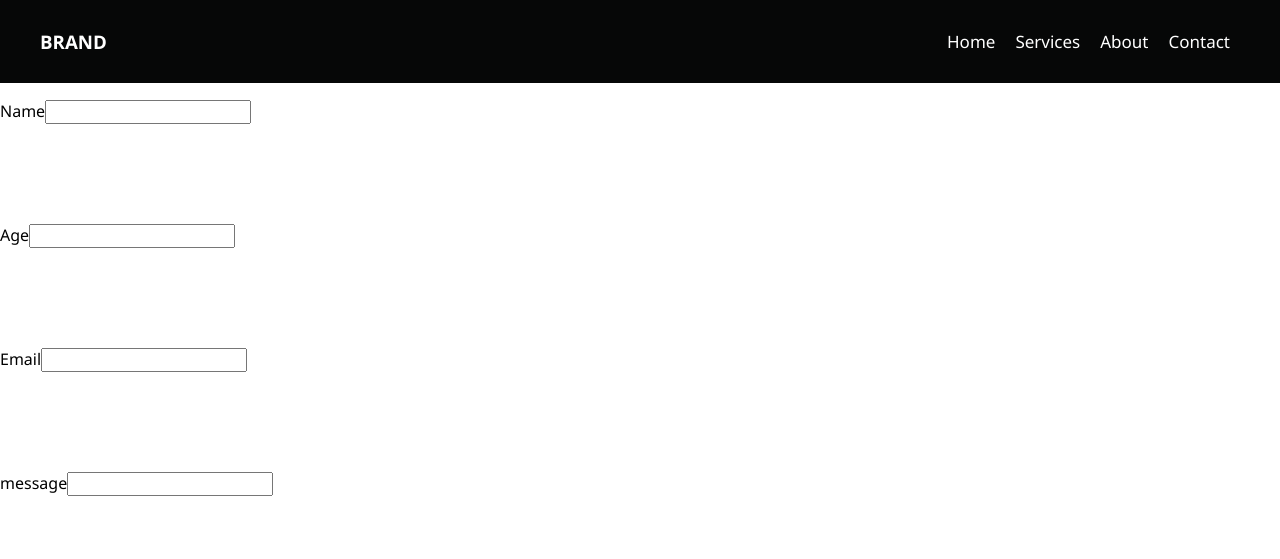
Repository: hemantsaini-7/React_Basics
Page: /contact (app in webreact/)
The author's editor kept a copy of each file at every save. The page is drawn from the files as they stood at one save, then again after the next save.
The browser window is 1280 px wide. The pictures show the whole page.
The project was rebuilt for these pictures with package versions that can differ from the ones it lists, and the page was loaded fresh each time. Also part of the build but not shown: webreact/src/components/Common.js, webreact/src/components/Home.js, webreact/src/components/Card.js, webreact/src/components/Services.js, webreact/src/components/About.js.

Above is the page before, as saved 2020-11-03 20:01:14.

### webreact/src/App.js
import React,{Fragment} from 'react';
import {BrowserRouter as Router, Redirect} from 'react-router-dom';
import {Switch, Route} from 'react-router-dom';
import Nav from './components/Nav'
import Home from './components/Home'
import Services from './components/Services'
import About from './components/About'
import Contact from './components/Contact'
import './App.css';
function App() {
  return (
    <Fragment>
      <Router>
      <Nav />
       <Switch>
          <Route exact path="/" component={Home} />
          <Route exact path="/services" component={Services} />
          <Route exact path="/about" component={About} />
          <Route exact path="/contact" component={Contact} />
          <Redirect exact path="/" />
        </Switch>
      </Router>
    </Fragment>
  );
}

export default App;

### webreact/src/components/Nav.js
import React from 'react'
import { Link } from 'react-router-dom'

function Nav() {
    return (
        <nav>
            <a href="/"><h3>BRAND</h3></a>
            <ul className="links">
                <Link to="/"className="link-item"><li>Home</li></Link>
                <Link to="/services"className="link-item"><li>Services</li></Link>
                <Link to="/about"className="link-item"><li>About</li></Link>
                <Link to="/contact"className="link-item"><li>Contact</li></Link>
            </ul>
        </nav>
    )
}
export default Nav

### webreact/src/components/Contact.js
import React, { useState } from 'react'

function Contact() {
    const [data, setData]=useState({
        name: "",
        email:"",
        age:"",
        msg:"",
    });

    var {name,age,email,msg}=data;

    const InputEvent =(e) =>{
        setData({...data, [e.target.name]:e.target.value});
    }

    return (
        <form>
            <div className="form-div">
                <label htmlFor="Name">Name</label>
                <input type="text" className="input-field" value={name} name="name" onChange={InputEvent}/>
            </div>
            <div className="form-div">
                <label htmlFor="Age">Age</label>
                <input type="text" className="input-field" value={age} name="age" onChange={InputEvent} />
            </div>
            <div className="form-div">
                <label htmlFor="Email">Email</label>
                <input type="text" className="input-field" value={email} name="email" onChange={InputEvent} />
            </div>
            <div className="form-div">
                <label htmlFor="message">message</label>
                <input type="text" className="input-field" value={msg} name="message" onChange={InputEvent} />
            </div>
        </form>
    )
}

export default Contact

### webreact/src/App.css
* {
  box-sizing: border-box;
  margin: 0;
  font-family: "Segoe UI", Tahoma, Geneva, Verdana, sans-serif;
}
nav {
  background-color: rgb(6, 7, 7);
  display: flex;
  justify-content: space-between;
  align-items: center;
  padding: 20px 40px;
  position: fixed;
  top: 0;
  width: 100%;
}
a {
  text-decoration: none;
}
nav h3 {
  color: #fff;
}
.links {
  display: flex;
  list-style: none;
}
.link-item {
  margin: 10px;
  font-size: 17px;
  font-weight: 500;
  color: #fff;
}
.container {
  background-color: #ccc;
  display: grid;
  grid-template-columns: repeat(2, 1fr);
  margin: auto;
  padding: 40px;
  height: 100vh;
}
.left,
.right {
  display: flex;
  flex-direction: column;
  align-items: center;
  justify-content: center;
}
.right img {
  height: 300px;
  width: 300px;
}
.s-container {
  display: grid;
  grid-template-columns: repeat(3, 1fr);
  grid-gap: 40px;
  margin: 150px 200px;
}
.card {
  background-color: #000;
  display: flex;
  flex-direction: column;
  align-items: center;
  justify-content: center;
  padding: 20px 50px;
}
.card img {
  width: 200px;
}
.card h2 {
  color: #fff;
  margin-bottom: 20px;
}
.card p {
  color: #fff;
  text-align: center;
  margin-top: 10px;
}
.card a {
  color: #000;
  background-color: #fff;
  margin-top: 20px;
  padding: 7px 20px;
}
.form-div {
  margin-top: 100px;
}

Loaded but not shown: webreact/public/index.html (common file); webreact/src/index.js (common file)

After the next save:
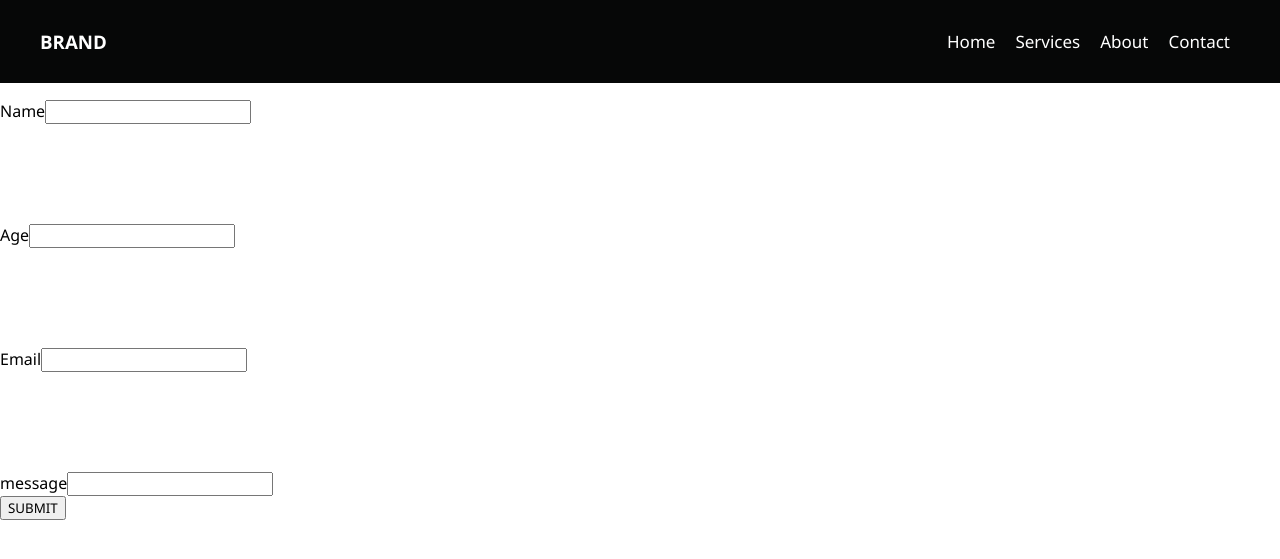
Saved 110 s later.
--- a/webreact/src/components/Contact.js
+++ b/webreact/src/components/Contact.js
@@ -15,7 +15,7 @@ function Contact() {
     }
 
     return (
-        <form>
+        <form onSubmit={SubmitEvent}>
             <div className="form-div">
                 <label htmlFor="Name">Name</label>
                 <input type="text" className="input-field" value={name} name="name" onChange={InputEvent}/>
@@ -32,6 +32,7 @@ function Contact() {
                 <label htmlFor="message">message</label>
                 <input type="text" className="input-field" value={msg} name="message" onChange={InputEvent} />
             </div>
+            <input type="submit" value="SUBMIT"/>
         </form>
     )
 }
